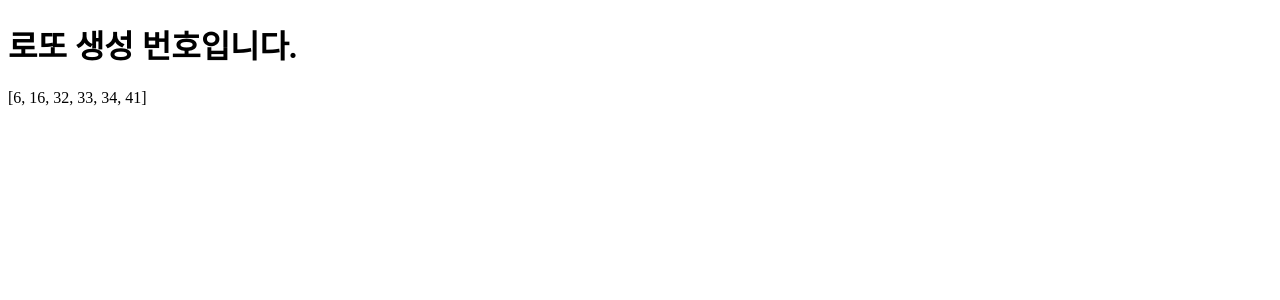
Repository: JongMin22/jsp.practice
Page: http://localhost/JSPBasic/JsPTag/TagQ03.jsp
The author's editor kept a copy of each file at every save. The page is drawn from the files as they stood at one save, then again after the next save.
The browser window is 1280 px wide. The pictures show the whole page.
The page is served by Tomcat 9.

Above is the page before, as saved 2022-02-03 01:31:56.

### JSPBasic/src/main/webapp/JsPTag/TagQ03.jsp
<%@page import="java.util.*"%>
<%@ page language="java" contentType="text/html; charset=UTF-8"
    pageEncoding="UTF-8"%>
<!DOCTYPE html>
<html>
<head>
<meta charset="UTF-8">
<title>Insert title here</title>
</head>
<body>
<h1> 로또 생성 번호입니다.</h1>
<%
List<Integer> lotto = new ArrayList();
	int a = 0;
	while(lotto.size()!=6){
		a = (int)(Math.random()* 45 +1);
	if(!lotto.contains(a)){lotto.add(a);}

	Collections.sort(lotto);

	 }
	 out.println(lotto);


%>

</body>
</html>

After the next save:
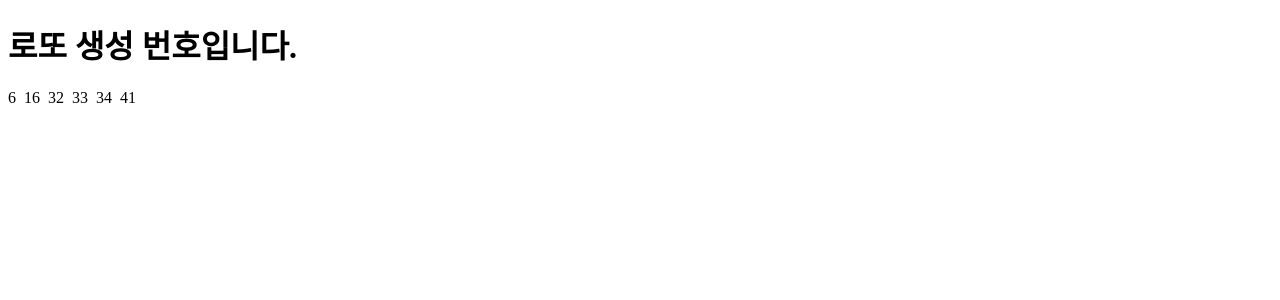
Saved 2 min 25 s later.
--- a/JSPBasic/src/main/webapp/JsPTag/TagQ03.jsp
+++ b/JSPBasic/src/main/webapp/JsPTag/TagQ03.jsp
@@ -19,7 +19,11 @@
 	Collections.sort(lotto);
 
 	 }
-	 out.println(lotto);
+	 for(Integer num : lotto){
+		 out.println(num + "&nbsp;");
+		 Thread.sleep(700); // CPU를 잠시 멈추는 메서드
+		 out.flush(); // 브라우저의 출력 버퍼를 비우는 메서드
+	 }
 
 
 %>
